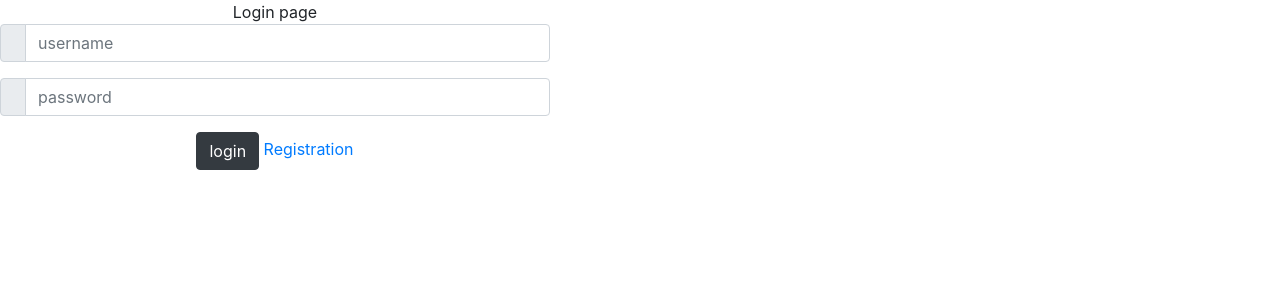
Repository: vishnushelke/LoginPage
Page: http://localhost/MyLoginPage/Login.jsp
The author's editor kept a copy of each file at every save. The page is drawn from the files as they stood at one save, then again after the next save.
The browser window is 1280 px wide. The pictures show the whole page.
The page is served by Tomcat 9.

Above is the page before, as saved 2019-10-10 06:22:30.

After the next save:
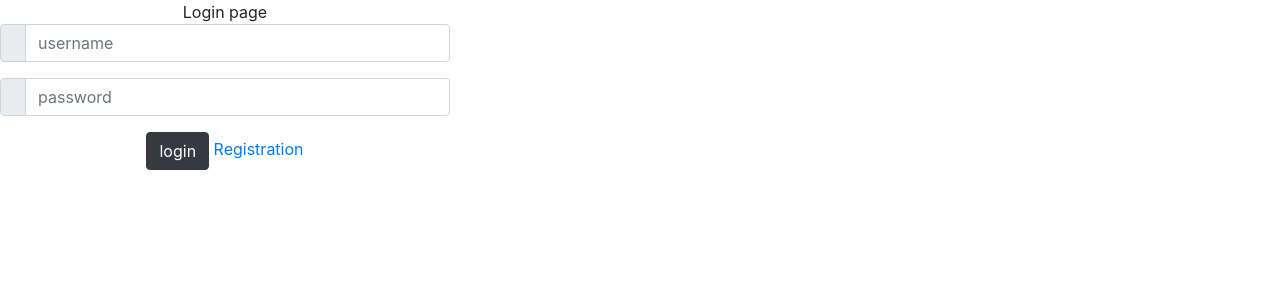
Saved 21 s later.
--- a/MyLoginPage/WebContent/Login.jsp
+++ b/MyLoginPage/WebContent/Login.jsp
@@ -17,7 +17,7 @@ src="https://maxcdn.bootstrapcdn.com/bootstrap/4.3.1/js/bootstrap.min.js"></scri
 <body>
 <form action="login" method="post">
 <div style='text-align:center'>
-<fieldset style="width:550px">
+<fieldset style="width:450px">
 Login page<br>
 <div class="input-group mb-3">
   <div class="input-group-prepend">
